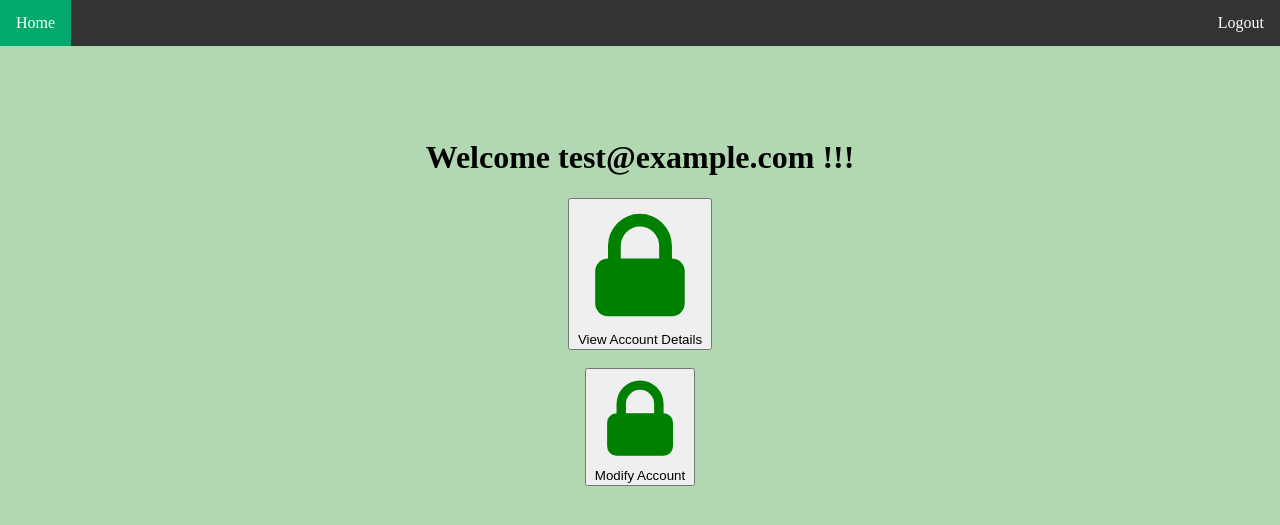
Repository: sach7691/original-book-store
Page: http://localhost/online-book-store-application/dashboard.jsp
An editor plug-in stored every save of this project. The page is shown before and after the next save, followed by the edit.
The browser window is 1280 px wide. The pictures show the whole page.
The page is served by Tomcat 9. The session is filled in as if someone had signed in: {"email": "test@example.com"}. Other server files are loaded and not shown.

Above is the page before, as saved 2022-08-31 19:55:55.

### online-book-store-application/src/main/webapp/dashboard.jsp

<%@ page language="java" contentType="text/html; charset=ISO-8859-1"
	pageEncoding="ISO-8859-1"%>
<%@ taglib uri="http://java.sun.com/jsp/jstl/core" prefix="c"%>
<!DOCTYPE html>
<html>
<head>
<meta charset="ISO-8859-1">
<meta name="viewport" content="width=device-width, initial-scale=1.0">
<title>Dashboard</title>
</head>
<body>
	<%

  response.setHeader("Cache-Control", "no-cache,no-store,must-revalidate"); //prevent back button after logout HTTP 1.1
  //HTTP 1.0 and if you use proxy seperatly should remove cache to prevent back button
   response.setHeader("Pragma","no-cache"); //HTTP 1.0
   response.setDateHeader ("Expires", 0);
  if(session.getAttribute("email")==null){
	response.sendRedirect("login.jsp");
}
%>
<style>


body
{
  margin: 0;
  background: rgba(0, 128, 0, 0.3);

}
 letter {
   color: #ea503f;
   font-family: Arial;
   float: center;
 }

ul.topnav {
  list-style-type: none;
  margin: 0;
  padding: 0;
  overflow: hidden;
  background-color: #333;
}

ul.topnav li {float: left;}

ul.topnav li a {
  display: block;
  color: white;
  text-align: center;
  padding: 14px 16px;
  text-decoration: none;
}

ul.topnav li a:hover:not(.active) {background-color: #111;}

ul.topnav li a.active {background-color: #04AA6D;}

ul.topnav li.right {float: right;}

@media screen and (max-width: 600px) {
  ul.topnav li.right,
  ul.topnav li {float: none;}
}
</style>
</head>
<body>
<form action="http://localhost:8080/online-book-store-application/LogoutCustomerServlet" method="GET">
<div>
<ul class="topnav">
  <li><a class="active" href="welcome.jsp">Home</a></li>
  <li class="right"><a href="login.jsp">Logout</a></li>
</ul>
<br>
<br>
<br>
<br>
</div>
</form>
<form action="http://localhost:8080/online-book-store-application/AccountDetailsServlet"  method="GET">

<%

session.getAttribute("email");
session.getAttribute("modifyCustomer");

%>
<center>
<div>
<p style="color: red;"><h1>Welcome ${email} !!!</h1></p>
</div>

 <input type="text" id="email" name="email" value= "${email}" hidden="" >
        <button type="submit" class="group relative w-full flex justify-center py-2 px-4 border border-transparent text-sm font-medium rounded-md text-white bg-green-600 hover:bg-green-700 focus:outline-none focus:ring-2 focus:ring-offset-2 focus:ring-indigo-500">
          <span class="absolute left-0 inset-y-0 flex items-center pl-3">
            <!-- Heroicon name: solid/lock-closed -->
            <svg class="h-5 w-5 text-indigo-500 group-hover:text-indigo-400" xmlns="http://www.w3.org/2000/svg" viewBox="0 0 20 20" fill="green" aria-hidden="true">
              <path fill-rule="evenodd" d="M5 9V7a5 5 0 0110 0v2a2 2 0 012 2v5a2 2 0 01-2 2H5a2 2 0 01-2-2v-5a2 2 0 012-2zm8-2v2H7V7a3 3 0 016 0z" clip-rule="evenodd" />
            </svg>
          </span>
          View Account Details
        </button>
 </form>
 <br>
  <br>
 <form action="http://localhost:8080/online-book-store-application/ModifyCustomerServlet"  method="POST">
  <button type="submit" class="group relative w-full flex justify-center py-2 px-4 border border-transparent text-sm font-medium rounded-md text-white bg-green-600 hover:bg-green-700 focus:outline-none focus:ring-2 focus:ring-offset-2 focus:ring-indigo-500">
          <span class="absolute left-0 inset-y-0 flex items-center pl-3">
            <!-- Heroicon name: solid/lock-closed -->
            <svg class="h-5 w-5 text-indigo-500 group-hover:text-indigo-400" xmlns="http://www.w3.org/2000/svg" viewBox="0 0 20 20" fill="green" aria-hidden="true">
              <path fill-rule="evenodd" d="M5 9V7a5 5 0 0110 0v2a2 2 0 012 2v5a2 2 0 01-2 2H5a2 2 0 01-2-2v-5a2 2 0 012-2zm8-2v2H7V7a3 3 0 016 0z" clip-rule="evenodd" />
            </svg>
          </span>
          Modify Account
        </button>
 </form>
</center>
</body>
</html>

After the next save:
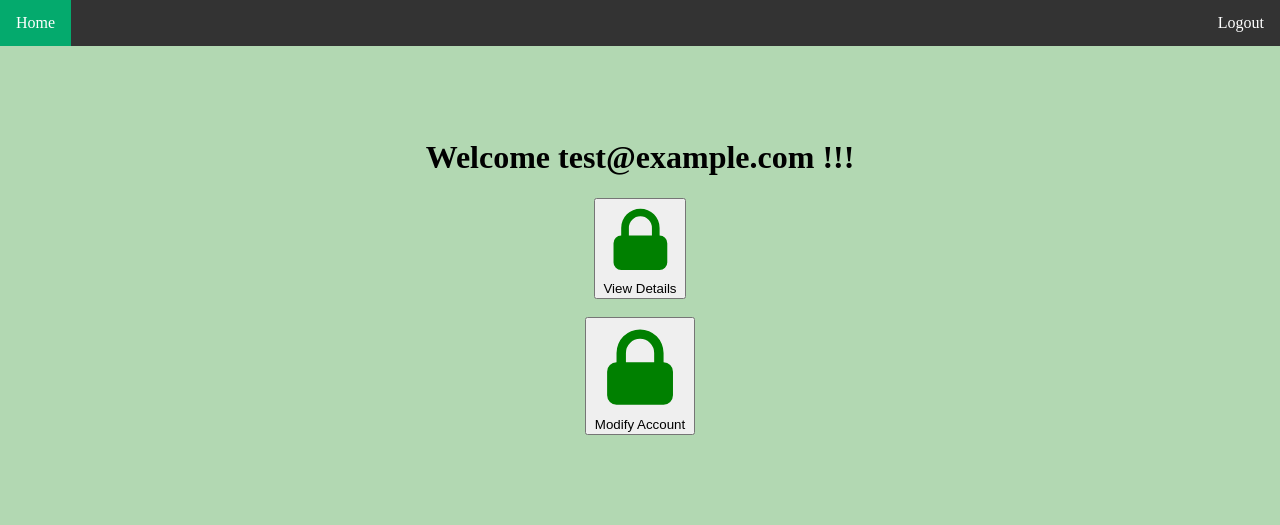
Saved 15 s later.
--- a/online-book-store-application/src/main/webapp/dashboard.jsp
+++ b/online-book-store-application/src/main/webapp/dashboard.jsp
@@ -99,7 +99,7 @@ session.getAttribute("modifyCustomer");
               <path fill-rule="evenodd" d="M5 9V7a5 5 0 0110 0v2a2 2 0 012 2v5a2 2 0 01-2 2H5a2 2 0 01-2-2v-5a2 2 0 012-2zm8-2v2H7V7a3 3 0 016 0z" clip-rule="evenodd" />
             </svg>
           </span>
-          View Account Details
+          View Details
         </button>
  </form>
  <br>
